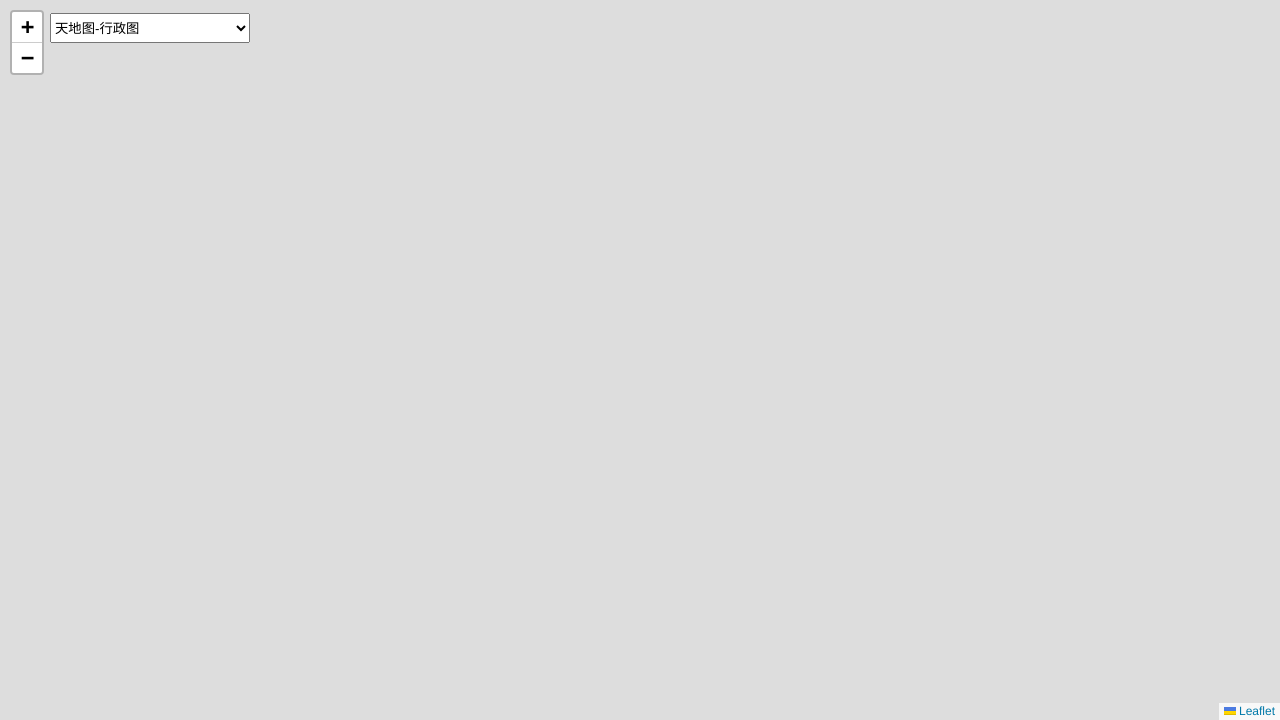
Repository: victorcheney/leafletdemos
Page: examples/demo-chinaProvider/index.html
The author's editor kept a copy of each file at every save. The page is drawn from the files as they stood at one save, then again after a run of saves.
The browser window is 1280 px wide. The pictures show the whole page.
Some web libraries are served in a nearby version.

Above is the page before, as saved 2019-01-19 14:24:38.

After the next 7 saves:
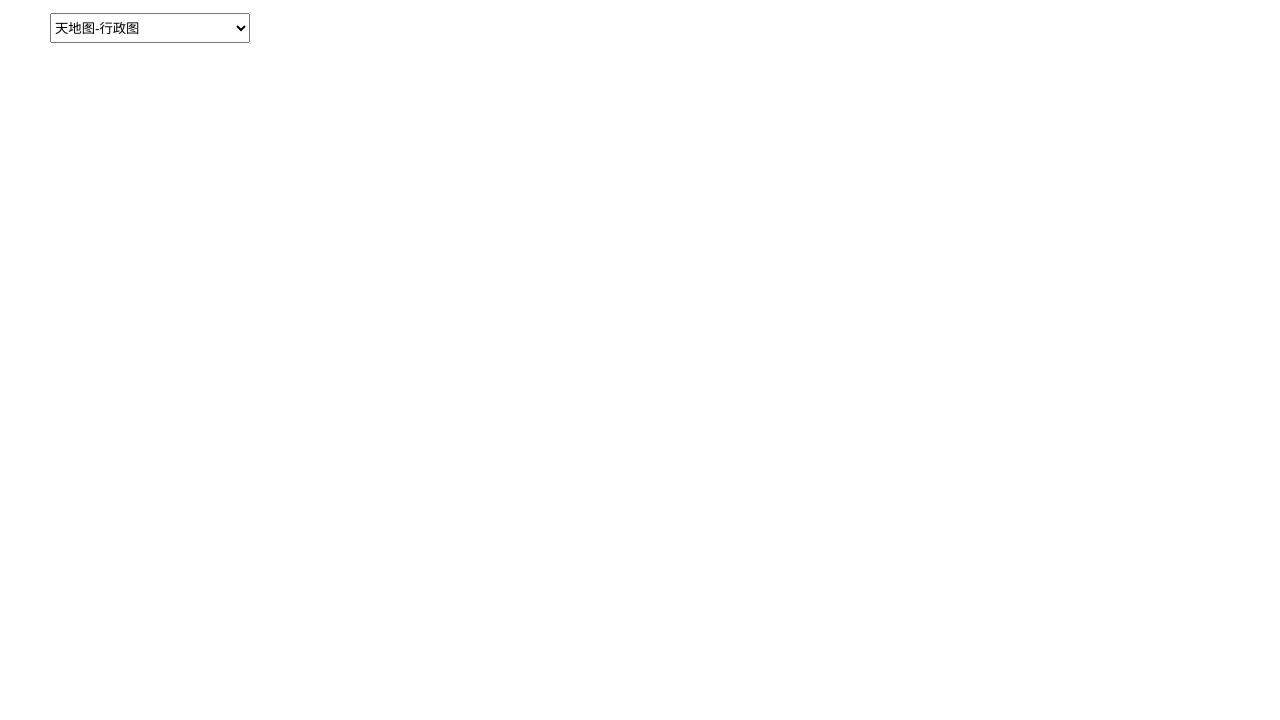
Console error: SyntaxError: Unexpected token ']'
The 7 saves are shown as one change because they came seconds apart.
The last was saved 45 s later.
--- a/examples/demo-chinaProvider/index.html
+++ b/examples/demo-chinaProvider/index.html
@@ -75,7 +75,7 @@
 
         $('#layers-select').change((e) => {
             console.log('value', e.target.value);
-            LAYERS.forEach(element => {
+            LAYERS[].forEach(element => {
                 L.tileLayer
                     .chinaProvider(element, {
                         attribution: `${element}`

After the 2 saves that followed:
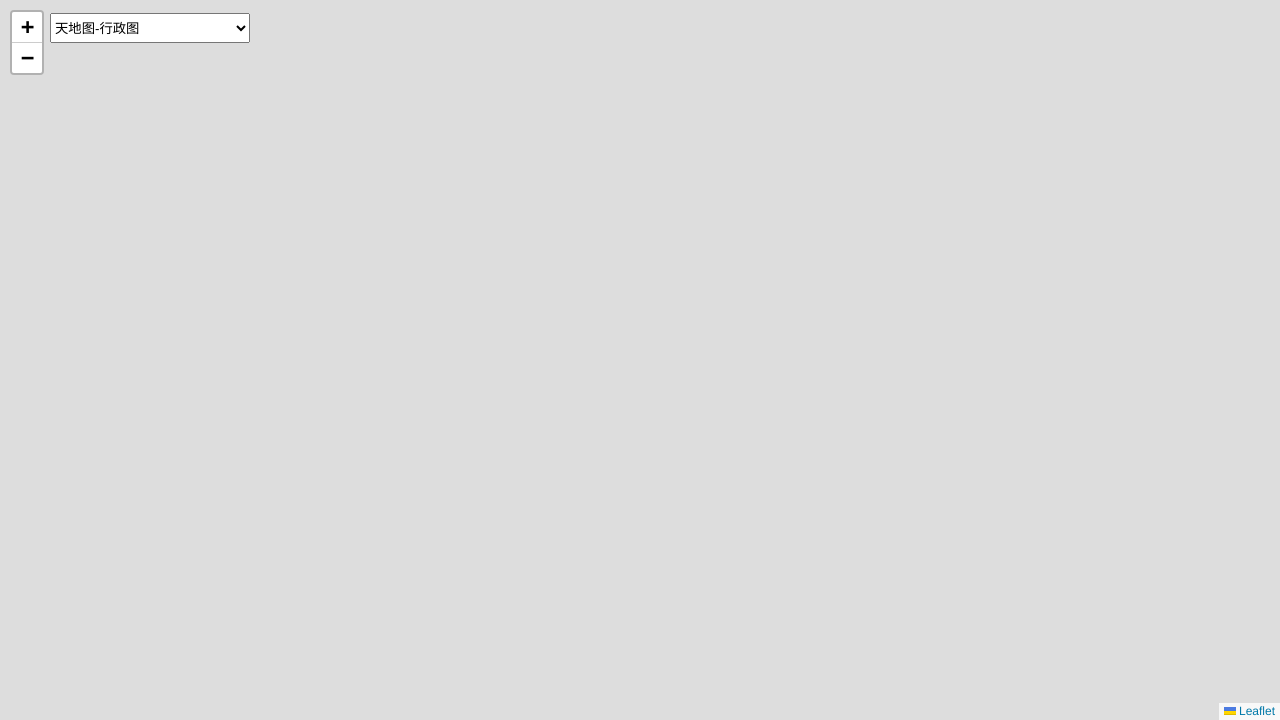
The error is gone.
The 2 saves are shown as one change because they came seconds apart.
The last was saved 7 s later.
--- a/examples/demo-chinaProvider/index.html
+++ b/examples/demo-chinaProvider/index.html
@@ -75,7 +75,7 @@
 
         $('#layers-select').change((e) => {
             console.log('value', e.target.value);
-            LAYERS[].forEach(element => {
+            LAYERS[e.target.value].forEach(element => {
                 L.tileLayer
                     .chinaProvider(element, {
                         attribution: `${element}`
